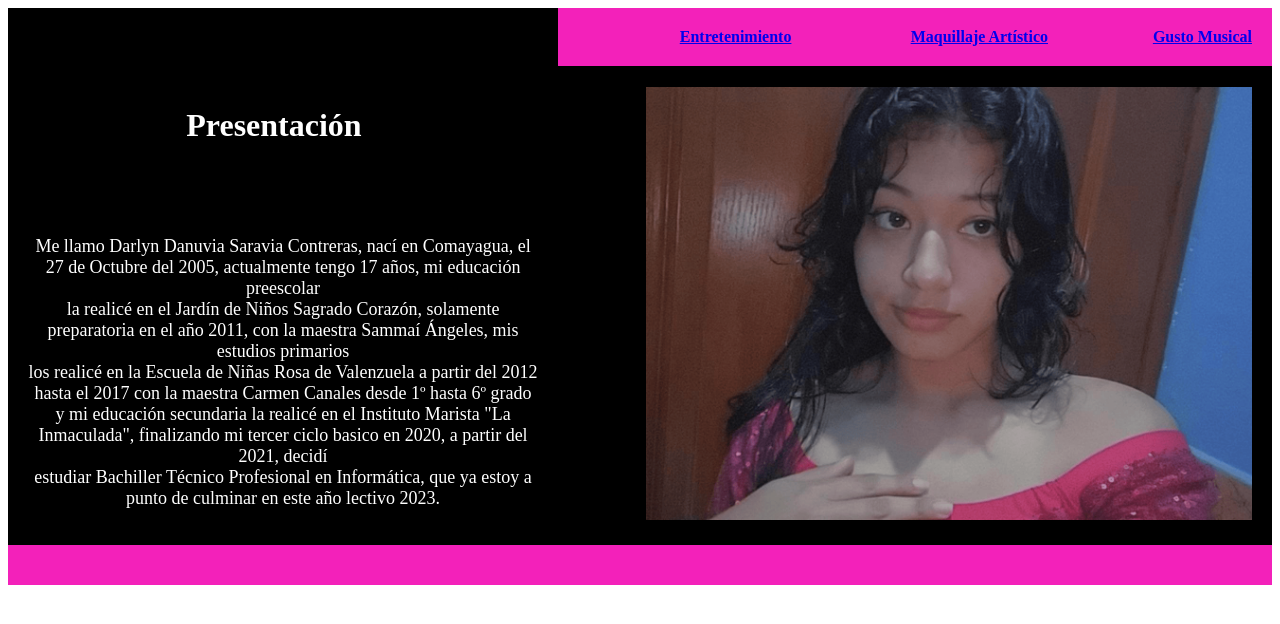
Repository: darlyn-saravia27/portafolio-darlynsaravia
Page: archivoshtml/index.html
An editor plug-in stored every save of this project. The page is shown before and after the next save, followed by the edit.
The browser window is 1280 px wide. The pictures show the whole page.

Above is the page before, as saved 2023-03-05 03:35:24.

### archivoshtml/index.html
<!DOCTYPE html>
<html lang="en">
<head>
    <meta charset="UTF-8">
    <meta http-equiv="X-UA-Compatible" content="IE=edge">
    <meta name="viewport" content="width=device-width, initial-scale=1.0">
    <title>Mi Portafolio Web</title>
</head>
<body>
    <table align="center" cellspacing="0" cellpadding="20%" width="100%">
    <tr align="center" bgcolor="black">
        <td>-----------------------------------------------------------------------------------</td>
        <td align="right" bgcolor="F321BA"><font color="white"><strong><a href="entretenimiento.html">
            Entretenimiento</a></strong></font></td>
        <td align="right" bgcolor="F321BA"><font color="white"><strong><a href="maquillaje.html">
            Maquillaje Artístico</a></strong></font></td>
        <td align="right" bgcolor="F321BA"><font color="white"><strong><a href="gustomusical.html">
            Gusto Musical</a></strong></font></td>
    </tr>
    <tr bgcolor="#000000">
        <td align="center">
            <h1><font color="white">Presentación</font>></h1>
            <br>
            <br>
            <br>
            <p><font color="white" size="4"> Me llamo Darlyn Danuvia Saravia Contreras, nací en Comayagua,
                el 27 de Octubre del 2005, actualmente tengo 17 años, mi educación preescolar <br>la realicé
                en el Jardín de Niños Sagrado Corazón, solamente preparatoria en el año 2011,
                con la maestra Sammaí Ángeles, mis estudios primarios <br>los realicé en la
                Escuela de Niñas Rosa de Valenzuela a partir del 2012 hasta el 2017 con
                la maestra Carmen Canales desde 1º hasta 6º grado <br>y mi educación secundaria la
                realicé en el Instituto Marista "La Inmaculada", finalizando
                mi tercer ciclo basico en 2020, a partir del 2021, decidí <br>estudiar Bachiller
                Técnico Profesional en Informática, que ya estoy a punto de culminar en este año lectivo 2023.</font>
            </p>
        </td>
        <td align="right" colspan="3">
            <img src="foto.png" alt="Darlyn Saravia" width="90%" height="90%">
        </td>
    </tr>
    <tr bgcolor="F321BA" border color="F321BA">
        <td></td>
        <td></td>
        <td></td>
        <td></td>
    </tr></tr>
</body>
</html>

After the next save:
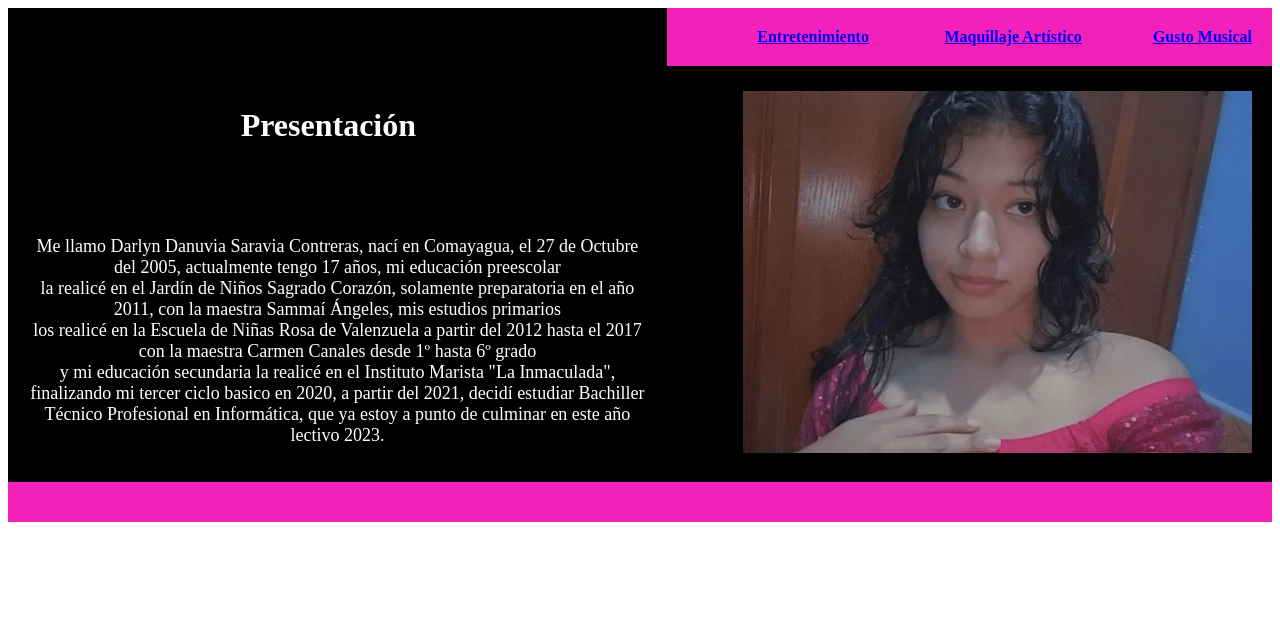
Saved 26 s later.
--- a/archivoshtml/index.html
+++ b/archivoshtml/index.html
@@ -30,7 +30,7 @@
                 Escuela de Niñas Rosa de Valenzuela a partir del 2012 hasta el 2017 con
                 la maestra Carmen Canales desde 1º hasta 6º grado <br>y mi educación secundaria la
                 realicé en el Instituto Marista "La Inmaculada", finalizando
-                mi tercer ciclo basico en 2020, a partir del 2021, decidí <br>estudiar Bachiller
+                mi tercer ciclo basico en 2020, a partir del 2021, decidí estudiar Bachiller
                 Técnico Profesional en Informática, que ya estoy a punto de culminar en este año lectivo 2023.</font>
             </p>
         </td>
